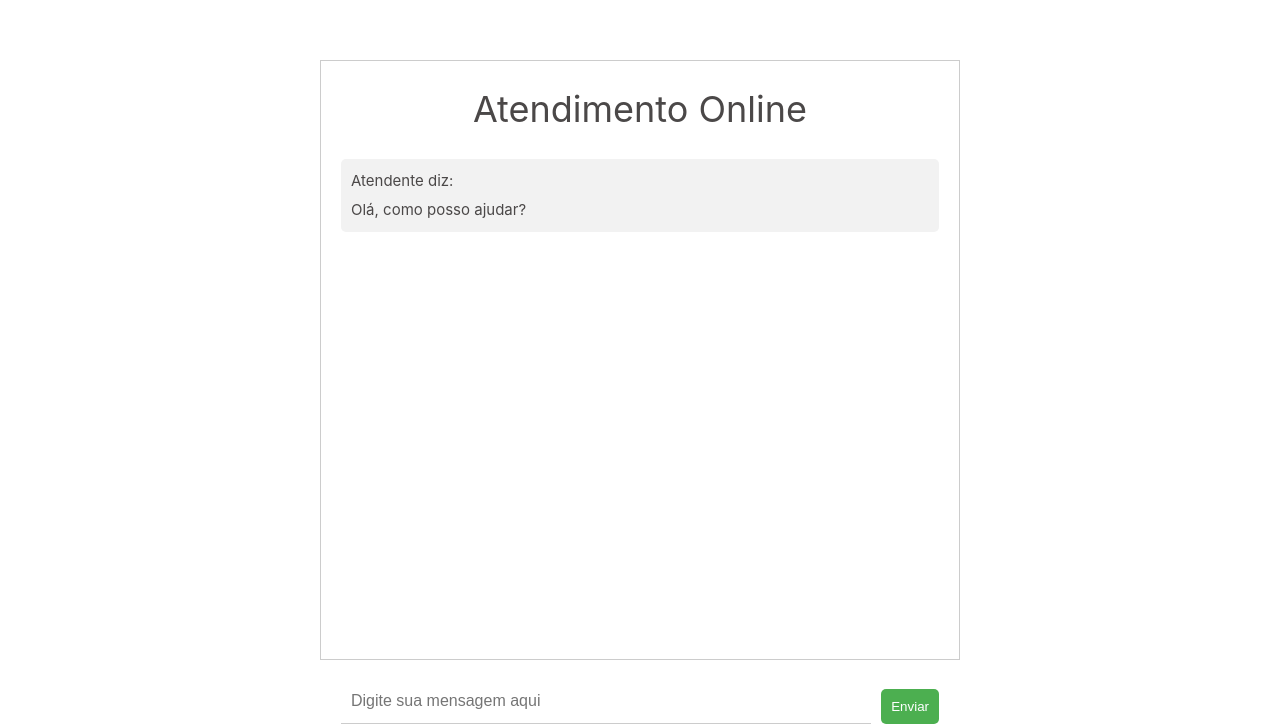
Repository: GabrielGuinzani/vueChat
Page: /
The author's editor kept a copy of each file at every save. The page is drawn from the files as they stood at one save, then again after the next save.
The browser window is 1280 px wide. The pictures show the whole page.
Some web libraries are served in a nearby version. The project was rebuilt for these pictures with package versions that can differ from the ones it lists, and the page was loaded fresh each time. Also part of the build but not shown: vite.config.js.

Above is the page before, as saved 2023-04-19 12:07:50.

### index.html

<!DOCTYPE html>
<html lang="pt-br">
<head>
  <meta charset="UTF-8">
  <title>Vue Chat App</title>
  <script src="https://unpkg.com/vue@3.2.6/dist/vue.global.js"></script>
</head>
<body>
  <div id="chat-screen">
  </div>
  <script type="module" src="/src/main.js"></script>
</body>
</html>

### src/main.js
import { createApp } from 'vue'
import App from './App.vue'

import './assets/main.css'

createApp(App).mount('#chat-screen')

### src/App.vue

<template>
  <div id="chat-body">
    <div class="titulo">
      <h2>Atendimento Online</h2>
    </div>
    <div class="messages-list" ref="messagesList">
      <div class="message-item message-fixed">
        <div class="msg-user"><strong>Atendente diz:</strong></div>
        <div class="msg-chat">Olá, como posso ajudar?</div>
      </div>
      <div v-for="(message, index) in messages" :key="index" :class="[message.type === 'user' ? 'message-item2' : 'message-item']">
        <div class="msg-user" v-if="message.type === 'user'"><strong>{{ message.author }} diz:</strong></div>
        <div class="msg-chat">{{ message.text }}</div>
      </div>
    </div>
    <form id="form-chat-send" @submit.prevent="sendMessage">
      <input id="message" type="text" class="typebar" v-model="messageText" placeholder="Digite sua mensagem aqui">
      <button type="submit" class="botao">Enviar</button>
    </form>
  </div>
</template>


<script>
export default {
  data() {
    return {
      messages: [],
      messageText: ''
    }
  },
  methods: {
    sendMessage() {
      const messageText = this.messageText.trim();
      if (messageText !== '') {
        this.messages.push({
          type: 'user',
          author: 'Você',
          text: messageText
        });
        this.messageText = '';
        this.$nextTick(() => {
          this.scrollToBottom();
        });
      }
    },
    scrollToBottom() {
      this.$refs.messagesList.scrollTop = this.$refs.messagesList.scrollHeight;
    }
  }
}
</script>

<style>
body {
  display: flex;
  justify-content: center;
  align-items: center;
  height: auto;
  width: 50%;
  margin: auto;
}

#chat-screen {
  width: 100%;
  height: 600px;
  margin: 0 auto;
  border: 1px solid #ccc;
  background-color: #fff;
  padding: 20px;
  display: flex;
  flex-direction: column;
}

.titulo {
  text-align: center;
  font-size: 24px;
  margin-bottom: 20px;
  color: rgb(75, 72, 72);
}

.messages-list {
  flex: 1;
  overflow-y: auto;
  width: inherit;
  height: 500px;
}

.message-item {
  background-color: #f2f2f2;
  border-radius: 5px;
  padding: 10px;
  margin-bottom: 10px;
  color: rgb(75, 72, 72);
  text-align: left;
}

.message-item2 {
  background-color: #e0f7e0;
  border-radius: 5px;
  padding: 10px;
  margin-bottom: 10px;
  color: rgb(75, 72, 72);
  text-align: end;
}

.msg-user {
  margin-bottom: 5px;
  color: rgb(75, 72, 72);

}

.msg-chat {
  color: rgb(75, 72, 72);
}

.typebar {
  width: 100%;
  padding: 10px;
  border: none;
  border-bottom: 1px solid #ccc;
  margin-right: 10px;
  font-size: 16px;
  color: rgb(75, 72, 72);
}

.botao {
  background-color: #4CAF50;
  color: #fff;
  border: none;
  border-radius: 5px;
  padding: 10px;
  margin-top: 10px;
  cursor: pointer;
}


  .botao:hover {
    background-color: #0b4e27;
    cursor: pointer;
  }

  #form-chat-send {
    display: flex;
    justify-content: center;
    margin-top: 20px;
  }
</style>

Loaded but not shown: src/assets/main.css (common file); src/assets/base.css (common file)

After the next save:
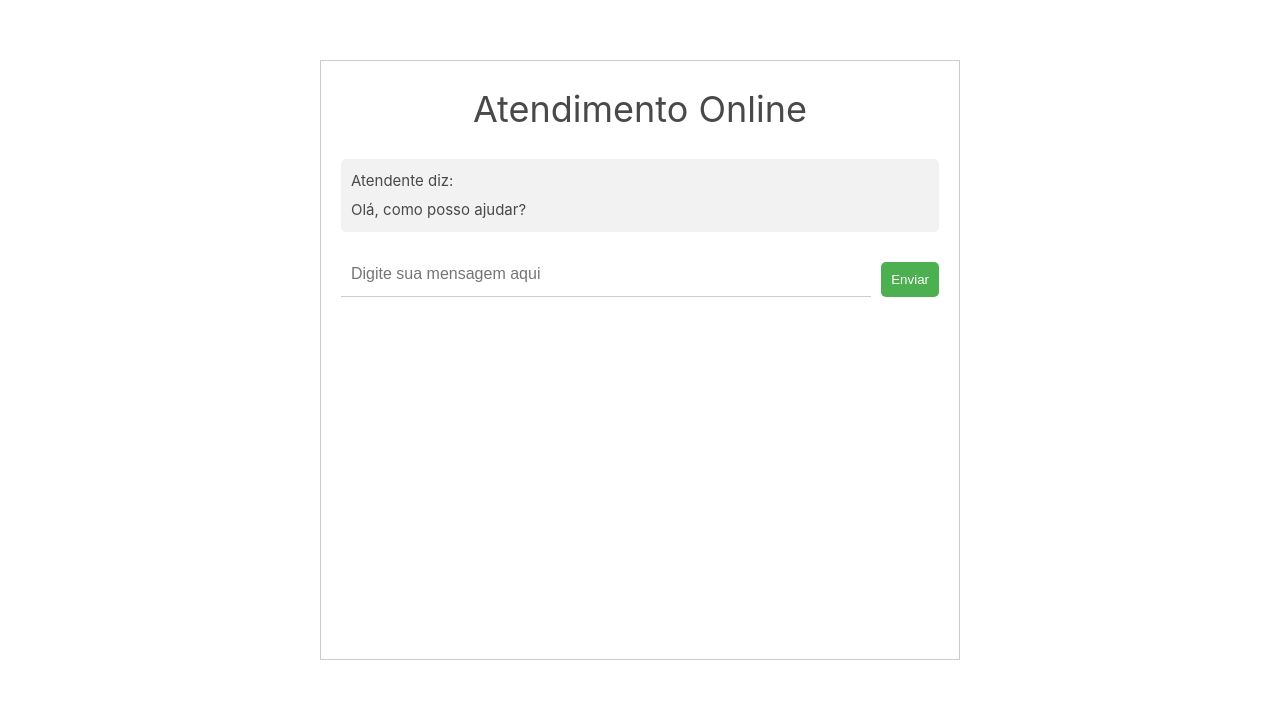
Saved 70 s later.
--- a/src/App.vue
+++ b/src/App.vue
@@ -13,11 +13,12 @@
         <div class="msg-user" v-if="message.type === 'user'"><strong>{{ message.author }} diz:</strong></div>
         <div class="msg-chat">{{ message.text }}</div>
       </div>
-    </div>
-    <form id="form-chat-send" @submit.prevent="sendMessage">
+      <form id="form-chat-send" @submit.prevent="sendMessage">
       <input id="message" type="text" class="typebar" v-model="messageText" placeholder="Digite sua mensagem aqui">
       <button type="submit" class="botao">Enviar</button>
     </form>
+    </div>
+
   </div>
 </template>
 

After the 3 saves that followed:
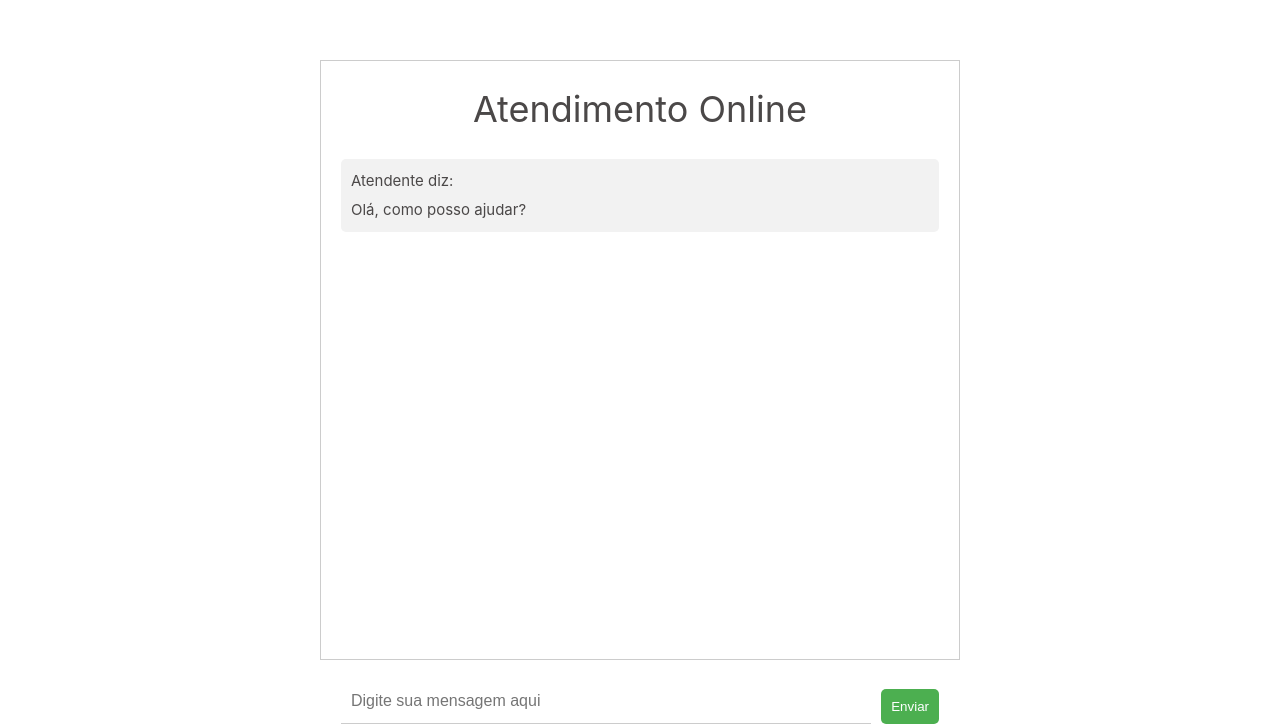
The 3 saves are shown as one change because 1 left the picture as it was and some came seconds apart.
The last was saved 20 s later.
--- a/src/App.vue
+++ b/src/App.vue
@@ -13,12 +13,12 @@
         <div class="msg-user" v-if="message.type === 'user'"><strong>{{ message.author }} diz:</strong></div>
         <div class="msg-chat">{{ message.text }}</div>
       </div>
-      <form id="form-chat-send" @submit.prevent="sendMessage">
+
+    </div>
+    <form id="form-chat-send" @submit.prevent="sendMessage">
       <input id="message" type="text" class="typebar" v-model="messageText" placeholder="Digite sua mensagem aqui">
       <button type="submit" class="botao">Enviar</button>
     </form>
-    </div>
-
   </div>
 </template>
 
